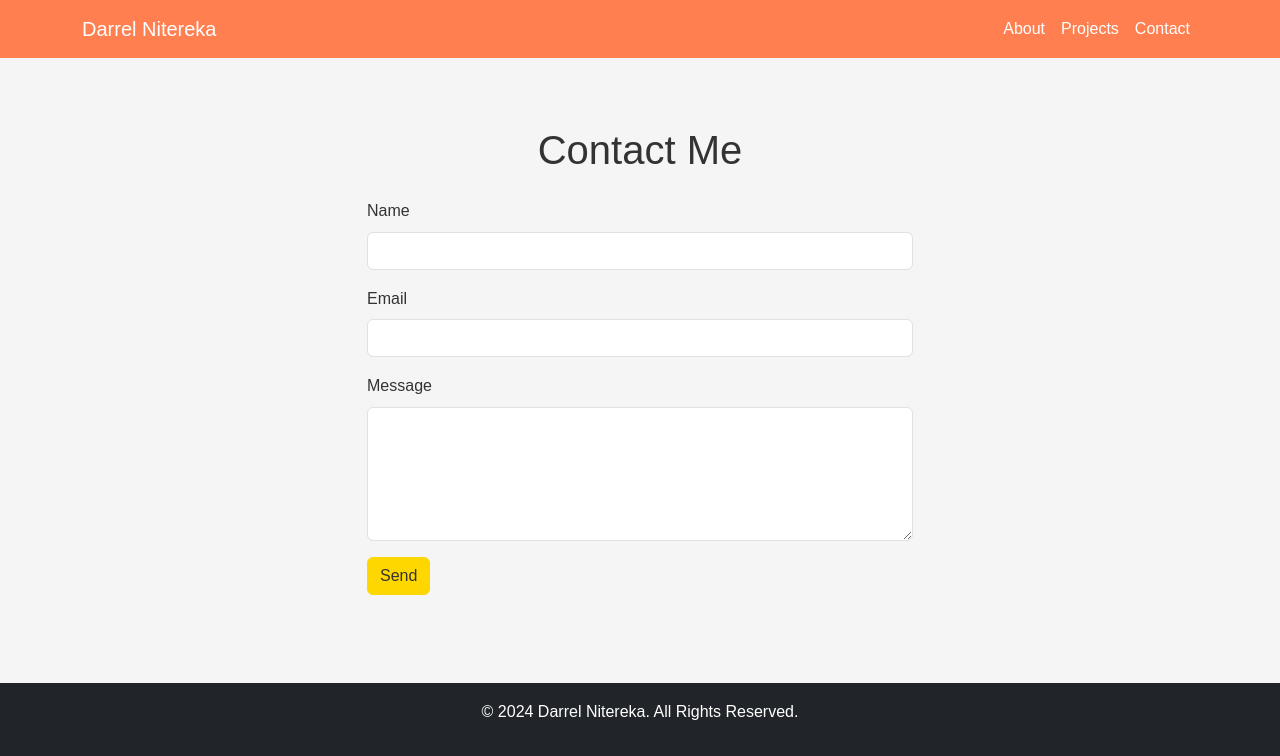
Repository: DarrelN15/DarrelN15.github.io
Page: contact.html
The author's editor kept a copy of each file at every save. The page is drawn from the files as they stood at one save, then again after the next save.
The browser window is 1280 px wide. The pictures show the whole page.

Above is the page before, as saved 2025-01-28 17:17:30.

### contact.html
<!DOCTYPE html>
<html lang="en">
<head>
  <meta charset="UTF-8">
  <meta name="viewport" content="width=device-width, initial-scale=1.0">
  <title>Contact - Darrel Nitereka</title>
  <link href="https://cdn.jsdelivr.net/npm/bootstrap@5.3.0/dist/css/bootstrap.min.css" rel="stylesheet">
  <link rel="stylesheet" href="css/styles.css">
</head>
<body>
  <nav class="navbar navbar-expand-lg navbar-dark bg-dark">
    <div class="container">
      <a class="navbar-brand" href="index.html">Darrel Nitereka</a>
      <button class="navbar-toggler" type="button" data-bs-toggle="collapse" data-bs-target="#navbarNav">
        <span class="navbar-toggler-icon"></span>
      </button>
      <div class="collapse navbar-collapse" id="navbarNav">
        <ul class="navbar-nav ms-auto">
          <li class="nav-item"><a class="nav-link" href="about.html">About</a></li>
          <li class="nav-item"><a class="nav-link" href="projects.html">Projects</a></li>
          <li class="nav-item"><a class="nav-link" href="contact.html">Contact</a></li>
        </ul>
      </div>
    </div>
  </nav>

  <section class="py-5">
    <div class="container">
      <h1 class="text-center">Contact Me</h1>
      <div class="row mt-4">
        <div class="col-md-6 mx-auto">
          <form>
            <div class="mb-3">
              <label for="name" class="form-label">Name</label>
              <input type="text" class="form-control" id="name" required>
            </div>
            <div class="mb-3">
              <label for="email" class="form-label">Email</label>
              <input type="email" class="form-control" id="email" required>
            </div>
            <div class="mb-3">
              <label for="message" class="form-label">Message</label>
              <textarea class="form-control" id="message" rows="5" required></textarea>
            </div>
            <button type="submit" class="btn btn-primary">Send</button>
          </form>
        </div>
      </div>
    </div>
  </section>

  <footer class="bg-dark text-white text-center py-3">
    <div class="container">
      <p>&copy; 2024 Darrel Nitereka. All Rights Reserved.</p>
    </div>
  </footer>

  <script src="https://cdn.jsdelivr.net/npm/bootstrap@5.3.0/dist/js/bootstrap.bundle.min.js"></script>
</body>
</html>

### css/styles.css
/* Warm and Inviting Color Scheme with Gold Accent */
body {
  background-color: #F5F5F5;
  color: #333333;
  font-family: Arial, sans-serif;
  line-height: 1.6;
}

h1, h2, h3 {
  color: #333333;
}

.navbar {
  background-color: #FF7F50 !important; /* Coral */
  margin-bottom: 20px;
}

.navbar-dark .navbar-nav .nav-link {
  color: #FFFFFF !important; /* White text for navbar links */
}

header {
  background: #FF7F50; /* Coral */
  color: #FFFFFF; /* White text */
  padding: 60px 0;
}

.btn-primary {
  background-color: #FFD700; /* Gold */
  border-color: #FFD700;
  color: #333333; /* Dark text for better contrast */
}

.btn-primary:hover {
  background-color: #FFC107; /* Slightly darker gold */
  border-color: #FFC107;
}

.card {
  background-color: #FFFFFF;
  color: #333333;
  margin-bottom: 20px;
  border: 1px solid #DDDDDD;
  border-radius: 8px;
  box-shadow: 0 4px 6px rgba(0, 0, 0, 0.1);
}

footer {
  background: #FF7F50; /* Coral */
  color: #FFFFFF; /* White text */
  padding: 20px 0;
  margin-top: 40px;
}

After the next save:
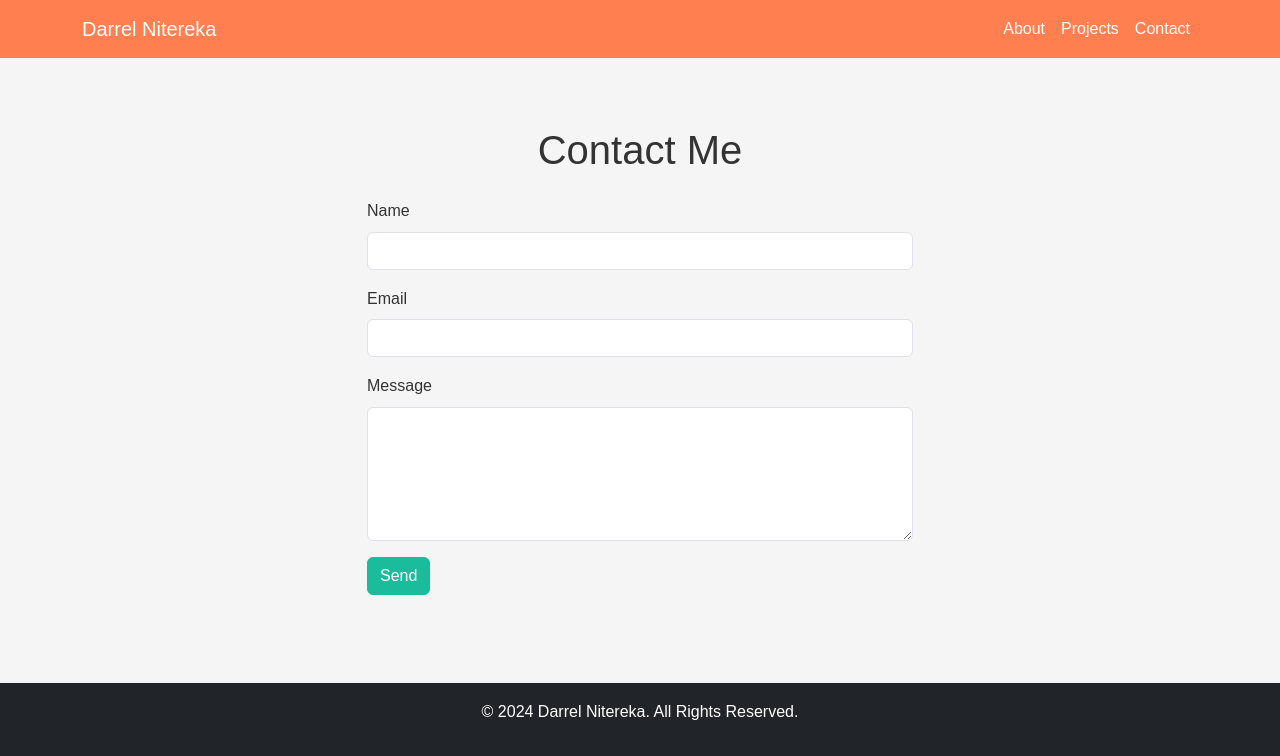
Saved 12 s later.
--- a/css/styles.css
+++ b/css/styles.css
@@ -26,14 +26,14 @@ header {
 }
 
 .btn-primary {
-  background-color: #FFD700; /* Gold */
-  border-color: #FFD700;
-  color: #333333; /* Dark text for better contrast */
+  background-color: #1ABC9C; /* Teal */
+  border-color: #1ABC9C;
+  color: #FFFFFF; /* White text */
 }
 
 .btn-primary:hover {
-  background-color: #FFC107; /* Slightly darker gold */
-  border-color: #FFC107;
+  background-color: #16A085; /* Slightly darker teal */
+  border-color: #16A085;
 }
 
 .card {
